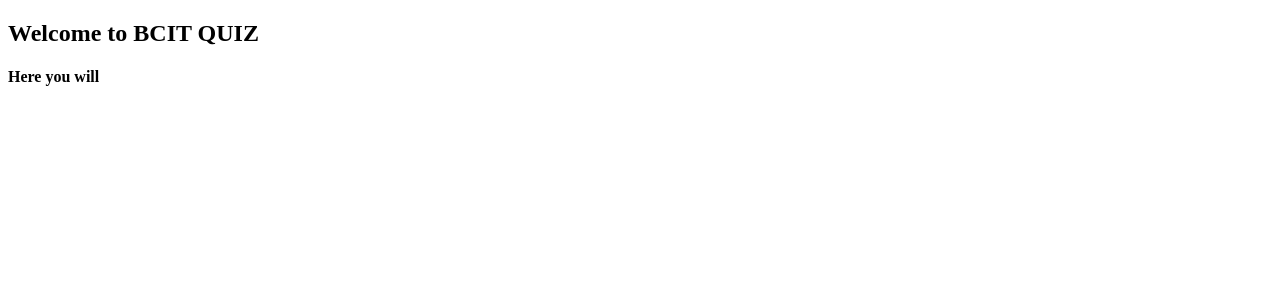
Repository: RenataDzotova/Trivia-BCIT
Page: index.html
An editor plug-in stored every save of this project. The page is shown before and after the next save, followed by the edit.
The browser window is 1280 px wide. The pictures show the whole page.
The page's requests for data from a server got no answer.

Above is the page before, as saved 2022-10-24 12:19:12.

### index.html
<!DOCTYPE html>
<html lang="en">
<head>
    <meta charset="UTF-8">
    <meta http-equiv="X-UA-Compatible" content="IE=edge">
    <meta name="viewport" content="width=device-width, initial-scale=1.0">
    <title>Document</title>
    <!-- <script src="./index.js"></script> -->
</head>
<body>
    <h2>Welcome to BCIT QUIZ </h2>
    <h4>Here you will </h4>
</body>
<script>
    // alert("Welcome to the BCIT Teacher Quiz");
    // var username = window.prompt("Your Name?")
    // alert("Welcome to THE QUIZ, " + username + "!");


    //Chris Wrote This ==>
    const res = fetch(`http://localhost:3000/someData`).then(async (data)=>{
        console.log(await data.json())
    })
    //<== Chris Wrote This


    var score = Math.max(0);

    //questions
    var questions = [
      {
        question: "Which fact is false about Darinka?",
        q1: "a) Has travelled to 35+ countries",
        q2: "b) Favourite holiday is Christmas",
        q3: "c) Had 2 pet spider monkeys at home",
        q4: "d) Dug up dinosaurs in 2015 in Alberta",
        answer: "b"
      },
      {
        question: "Which fact is false about Amalia?",
        q1: " a) Can name all the US States in alphabetical order",
        q2: " b) Has met Prince Harry  ",
        q3: " c) I've seen Gilmore Girls 10 times through",
        q4: " d) Can't go to bed without a cup of tea every night",
        answer: "d"
      },
      {
        question: "Which fact is false about Chris?",
        q1: " a) He has watched Friends 10 times",
        q2: " b) He can speak chinese fluently",
        q3: " c) He can juggle with 4 balls",
        q4: " d) He has eaten frogs before",
        answer: "c"
      },
      {
        question: "Which fact is false about Wim?",
        q1: " a) He wears wet socks during summer",
        q2: " b) He is related to a Dutch Prince",
        q3: " c) He has goat milk hot chocolate with honey everyday",
        q4: " d) He was in a hacker group in the 80's",
        answer: "a"
      },
      {
        question: "Did you like the quiz?",
        q1: "yes",
        q2: "no",
        q3: "",
        q4: "",
        answer: "yes"
      }
    ];

    //LOOP
    // for (var i = 0; i < questions.length; i++) {
    //   var response = window.prompt(questions[i].question + "\n" + questions[i].q1 + "\n" + questions[i].q2 + "\n" + questions[i].q3 + "\n" + questions[i].q4 + "\n")
    //   if (response == questions[i].answer) {
    //     alert("correct! ");
    //     score++;
    //   }
    //   else {
    //     alert("wrong! ");
    //     if(score >= 1){
    //         score--;
    //     } else {
    //         score
    //     }

    //   }
    // }
    // alert("Your Score Is: " + score + "/5");
    //   console.log("-------------------");
    </script>
</html>

After the next save:
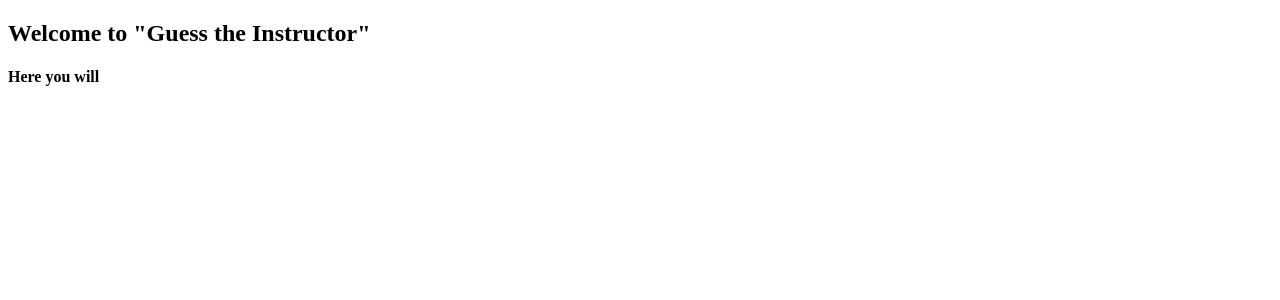
Saved 56 s later.
--- a/index.html
+++ b/index.html
@@ -8,7 +8,7 @@
     <!-- <script src="./index.js"></script> -->
 </head>
 <body>
-    <h2>Welcome to BCIT QUIZ </h2>
+    <h2>Welcome to "Guess the Instructor" </h2>
     <h4>Here you will </h4>
 </body>
 <script>
